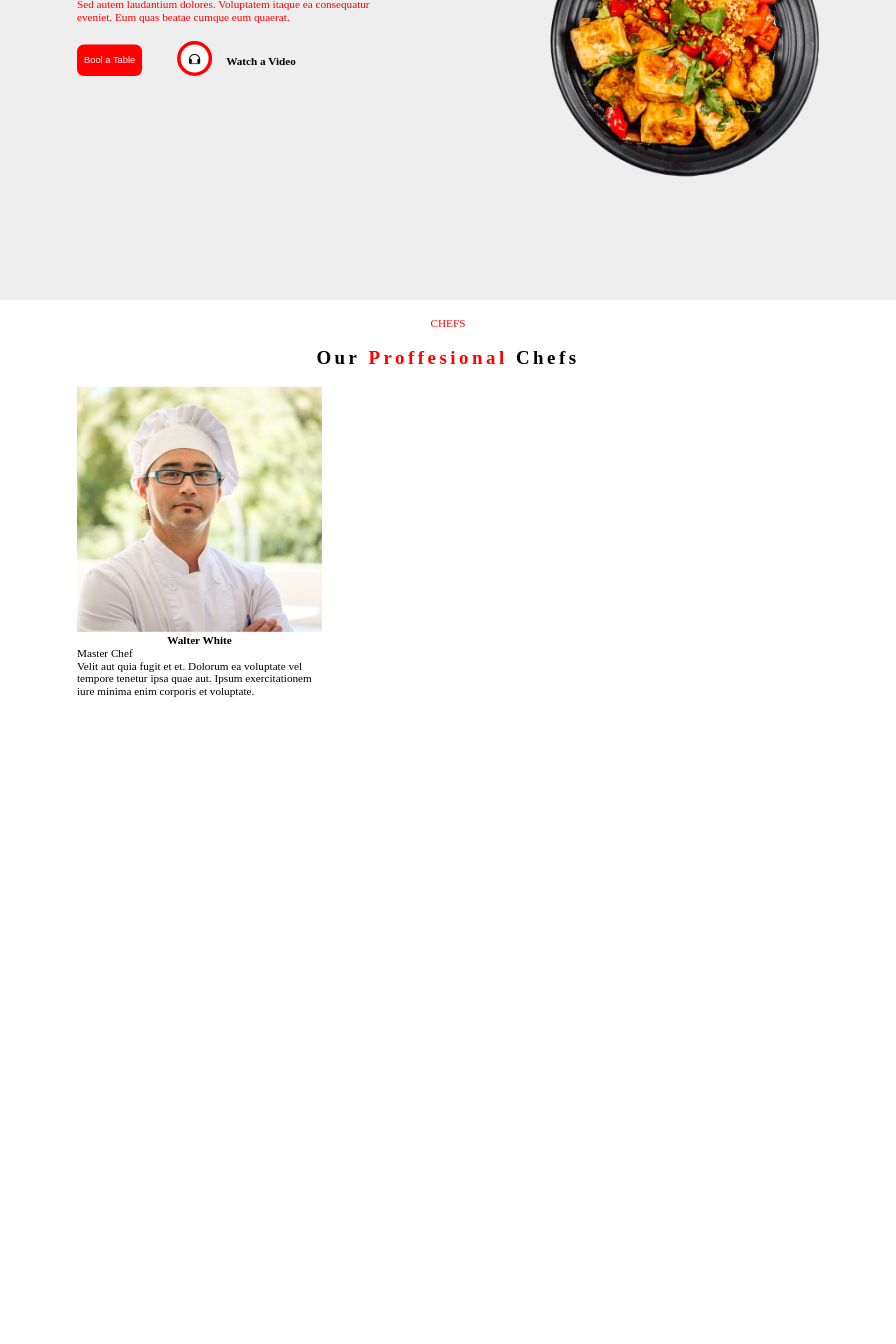
Repository: Ahmedalid/New-project
Page: Rout/index.html
The author's editor kept a copy of each file at every save. The page is drawn from the files as they stood at one save, then again after a run of saves.
The browser window is 1280 px wide. The pictures show the part of the page from y = 372 to 2292 px (the page is 5000 px tall), at 70% of full size.

Above is the page before, as saved 2023-06-04 20:04:17.

After the next 3 saves:
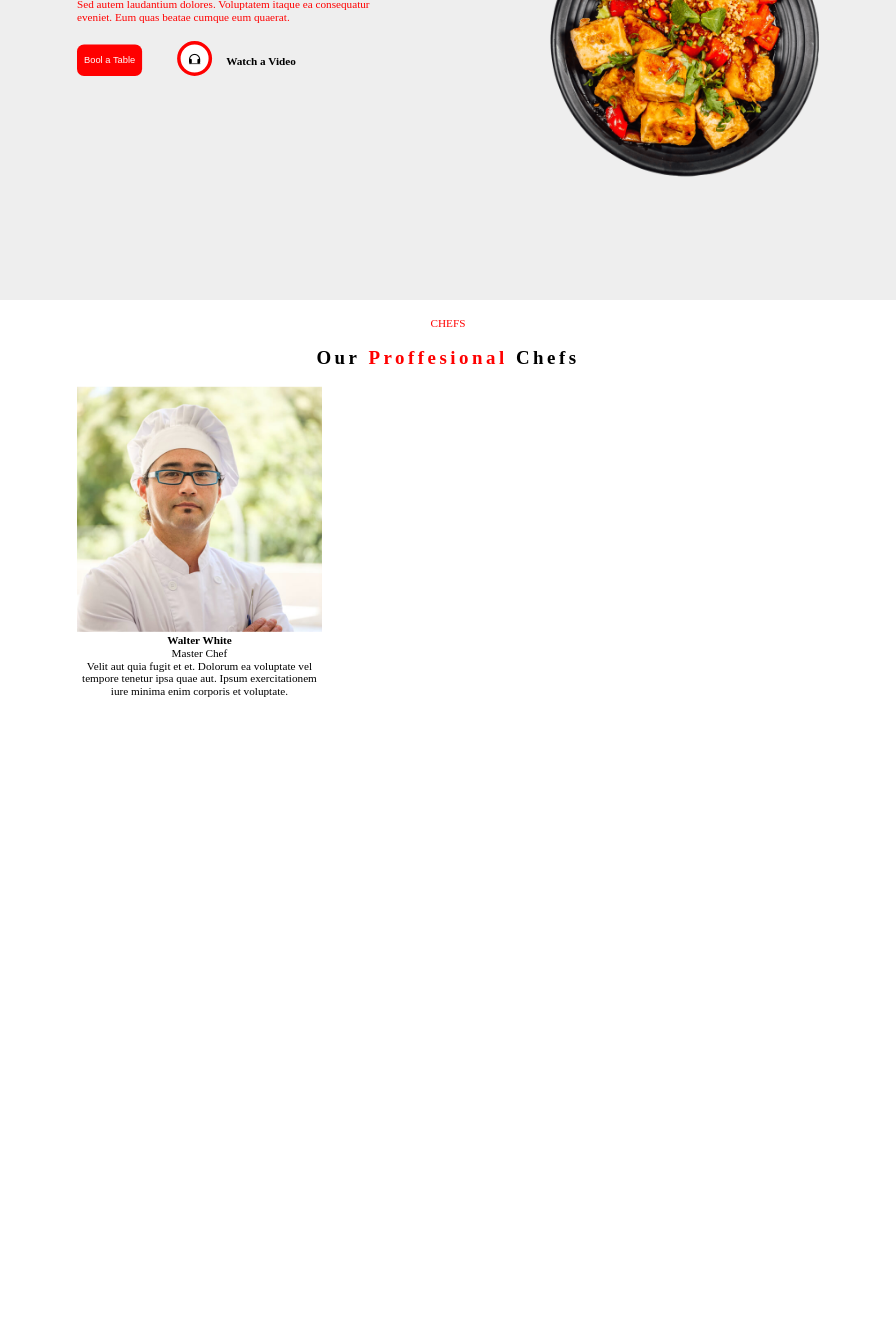
The 3 saves are shown as one change because they came seconds apart.
The last was saved 23 s later.
--- a/Rout/index.html
+++ b/Rout/index.html
@@ -69,8 +69,8 @@
             <div class="">
                 <img src="img/chefs-3.jpg" alt="">
                 <h4 class="text-center">Walter White </h4>
-                <p>Master Chef</p>
-                <p>
+                <p class="text-center">Master Chef</p>
+                <p class="text-center">
                     Velit aut quia fugit et et. Dolorum ea voluptate vel
                      tempore tenetur ipsa quae aut. Ipsum
                     exercitationem iure minima enim corporis et voluptate.
